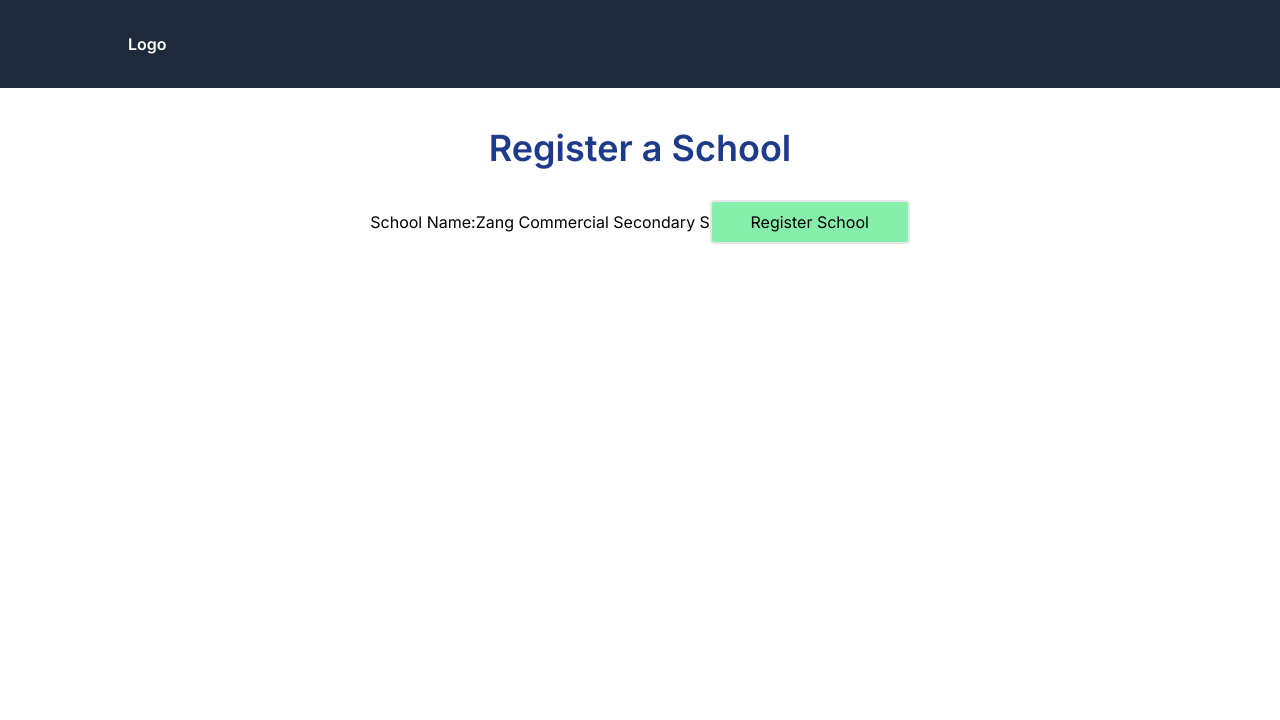
Repository: marcusdashe/fullstack-ts
Page: /school
The author's editor kept a copy of each file at every save. The page is drawn from the files as they stood at one save, then again after the next save.
The browser window is 1280 px wide. The pictures show the whole page.
The page's requests for data from a server got no answer. The project was rebuilt for these pictures with package versions that can differ from the ones it lists, and the page was loaded fresh each time. The framework's server and built-in components were replaced by stand-ins that run in the browser. No one was signed in, and anything a server would have sent is missing. Also part of the build but not shown: next.config.js.

Above is the page before, as saved 2023-07-28 12:55:17.

### app/layout.tsx
import "./globals.css";
import type { Metadata } from "next";
import { Inter } from "next/font/google";
import Navbar from "./components/NavBar";

const inter = Inter({
  weight: ["400", "600"],
  subsets: ["latin"],
});

export const metadata: Metadata = {
  title: "SMP",
  description: "School Management System for Secondary School",
  keywords: ["smp", "lms", "marcus"],
};

export default function RootLayout({
  children,
}: {
  children: React.ReactNode;
}) {
  return (
    <html lang="en">
      <body className={inter.className}>
        <Navbar />
        {children}
      </body>
    </html>
  );
}

### app/school/page.tsx
"use client";

import { useState } from "react";
import SchoolService, { School } from "../services/api/school.service";

const RegisterSchoolPage: React.FC = () => {
  const initialFormData: School = {
    schoolName: "Zang Commercial Secondary School",
    schoolAddress: "Bukuru Road Opposite Tetengi Estate",
    schoolPhoneNumber: "08034477604",
    schoolWebsite: "www.zangcommercial.com",
    schoolEmail: "contact@zangcommercial.com",
    schoolLogo: "",
  };

  const [formData, setFormData] = useState<School>(initialFormData);

  const handleChange = (e: React.ChangeEvent<HTMLInputElement>) => {
    const { name, value } = e.target;
    setFormData((prevFormData) => ({
      ...prevFormData,
      [name]: value,
    }));
  };

  const handleSubmit = async (e: React.FormEvent) => {
    e.preventDefault();
    try {
      await SchoolService.registerSchool(formData);

      console.log("School registered successfully");
      setFormData(initialFormData);
    } catch (error) {
      console.error("Error registering school:", error);
    }
  };

  return (
    <div className="container mx-auto py-10 px-4 flex flex-col items-center justify-center">
      <h1 className="text-4xl font-bold mb-8 px-0 text-blue-900">
        Register a School
      </h1>

      <form onSubmit={handleSubmit}>
        <label>
          School Name:
          <input
            type="text"
            name="school"
            value={formData.schoolName}
            onChange={handleChange}
          />
        </label>
        <button
          type="submit"
          className="border-2 bg-green-300 rounded p-2 w-[200px]  "
        >
          Register School
        </button>
      </form>
    </div>
  );
};

export default RegisterSchoolPage;

### app/components/NavBar.tsx
"use client";

import React, { useEffect } from "react";
import { useRouter, usePathname } from "next/navigation";
import Link from "next/link";
// import Logo from "./Logo";
// import { TwitterIcon, GithubIcon, LinkedInIcon } from "./Icons";
// import { motion } from "framer-motion";

type CustomLinkProps = {
  href: string;
  title: string;
  className: string | object;
};

const CustomLink = ({ href, title, className = "" }: CustomLinkProps) => {
  const router = useRouter();
  const pathname = usePathname();

  return (
    <Link href={href} className={`${className} relative group`}>
      {title}
      <span
        className={`h-[1px] inline-block bg-dark absolute left-0 -bottom-0.5 group-hover:w-full transition-[width] ease duration-300 ${
          pathname === href ? "w-full" : "w-0"
        }`}
      >
        &nbsp;
      </span>
    </Link>
  );
};

const Navbar: React.FC = () => {
  const pathname = usePathname();
  useEffect(() => {
    console.log(pathname);
  });
  return (
    <header
      className="w-full px-32 py-8 font-bold
            flex items-center justify-between sticky top-0 z-10 bg-slate-800 text-white"
    >
      <nav>
        <CustomLink href="/" title="Logo" className="mr-4" />
        {/* <CustomLink href="/about" title="About" className="mx-4" /> */}
      </nav>

      <nav className="flex items-center justify-center flex-wrap">
        {pathname === "/school" ? null : (
          <a
            href="/school"
            className={` w-max-content mx-3 text-orange-300 border border-white p-3 rounded-lg hover:border-none hover:text-white duration-500`}
          >
            Register School
          </a>
        )}

        <a
          href="https://www.linkedin.com/in/marcus-dashe-15a088202"
          target={"_blank"}
          className="w-6 mx-3"
        ></a>
        <a
          href="https://www.github.com/marcusdashe"
          target={"_blank"}
          className="w-6 ml-3"
        >
          {/* <GithubIcon /> */}
        </a>
      </nav>
      <div className="absolute left-[50%] top-2 translate-x-[-50]">
        {/* <Logo /> */}
      </div>
    </header>
  );
};

export default Navbar;

### app/services/api/school.service.ts
import axios, { AxiosResponse } from "axios";
import config from "../config";

export interface School {
  schoolName: string;
  schoolAddress: string;
  schoolPhoneNumber: string;
  schoolWebsite: string;
  schoolEmail: string;
  schoolLogo: string;
}

const API_URL: string = config.API_BASE_URL;

class SchoolService {
  static client = axios.create({
    baseURL: API_URL,
  });

  async registerSchool(school: School): Promise<AxiosResponse<School>> {
    const response = await SchoolService.client.post<School>(
      "/schools/create",
      school
    );
    return response;
  }

  async fetchAllSchools(): Promise<AxiosResponse<School[]>> {
    const response = await SchoolService.client.get<School[]>("/schools/all");
    return response;
  }

  async fetchSchoolById(id: number): Promise<AxiosResponse<School>> {
    const response = await SchoolService.client.get<School>(`/school/${id}`);
    return response;
  }

  async updateSchool6(
    school: School,
    id: number
  ): Promise<AxiosResponse<School>> {
    const response = await SchoolService.client.put<School>(
      `/schools/${id}`,
      school
    );
    return response;
  }

  async delSchoolById(id: number): Promise<AxiosResponse<void>> {
    const response = await SchoolService.client.delete<void>(`/schools/${id}`);
    return response;
  }

  async fetchSchoolByName(schoolName: string): Promise<AxiosResponse<School>> {
    const response = await SchoolService.client.get<School>(
      `/schools/byName/${schoolName}`
    );
    return response;
  }

  async fetchSchoolByPhoneNumber(
    phoneNumber: string
  ): Promise<AxiosResponse<School>> {
    const response = await SchoolService.client.get<School>(
      `/schools/byPhoneNumber/${phoneNumber}`
    );
    return response;
  }

  async fetchSchoolByWebsite(
    schoolWebsite: string
  ): Promise<AxiosResponse<School>> {
    const response = await SchoolService.client.get<School>(
      `/schools/byWebsite/${schoolWebsite}`
    );
    return response;
  }

  async fetchSchoolByEmail(email: string): Promise<AxiosResponse<School>> {
    const response = await SchoolService.client.get<School>(
      `/schools/byEmail/${email}`
    );
    return response;
  }
}

export default new SchoolService();

### app/services/config.ts
export default {
  API_BASE_URL:
    `${process.env.NEXT_PUBLIC_BACKEND_BASE_URL}/api-v1` ||
    "http://localhost:8000/api-v1",
};

Loaded but not shown: app/globals.css (common file); tailwind.config.js (common file)

After the next save:
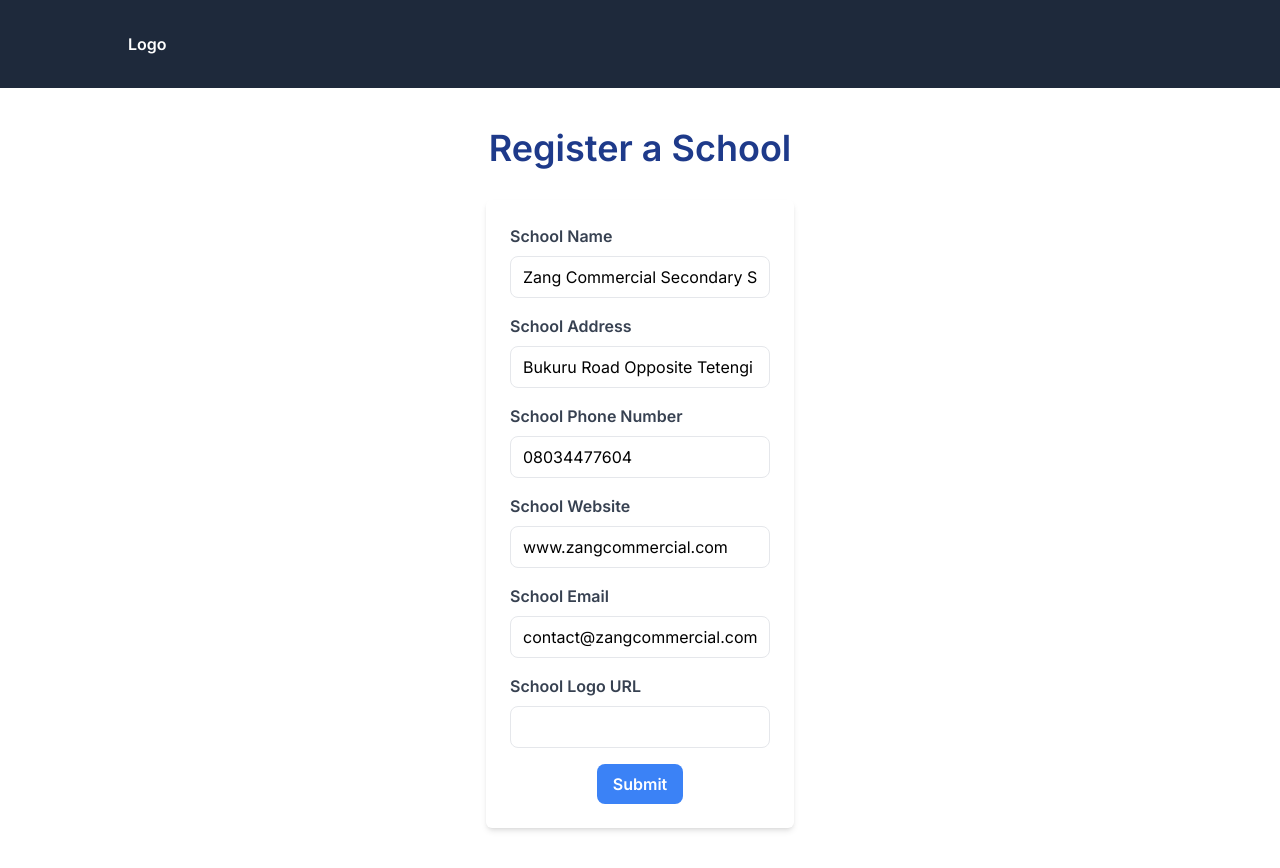
Saved 18 min 15 s later.
--- a/app/school/page.tsx
+++ b/app/school/page.tsx
@@ -41,7 +41,7 @@ const RegisterSchoolPage: React.FC = () => {
         Register a School
       </h1>
 
-      <form onSubmit={handleSubmit}>
+      {/* <form onSubmit={handleSubmit}>
         <label>
           School Name:
           <input
@@ -57,6 +57,122 @@ const RegisterSchoolPage: React.FC = () => {
         >
           Register School
         </button>
+      </form> */}
+
+      <form
+        className="max-w-lg mx-auto p-6 shadow-md rounded-md"
+        onSubmit={handleSubmit}
+      >
+        <div className="mb-4">
+          <label
+            className="block text-gray-700 font-bold mb-2"
+            htmlFor="schoolName"
+          >
+            School Name
+          </label>
+          <input
+            type="text"
+            id="schoolName"
+            name="schoolName"
+            value={formData.schoolName}
+            onChange={handleChange}
+            className="w-full px-3 py-2 border rounded-lg focus:outline-none focus:border-blue-500"
+          />
+        </div>
+
+        <div className="mb-4">
+          <label
+            className="block text-gray-700 font-bold mb-2"
+            htmlFor="schoolAddress"
+          >
+            School Address
+          </label>
+          <input
+            type="text"
+            id="schoolAddress"
+            name="schoolAddress"
+            value={formData.schoolAddress}
+            onChange={handleChange}
+            className="w-full px-3 py-2 border rounded-lg focus:outline-none focus:border-blue-500"
+          />
+        </div>
+
+        <div className="mb-4">
+          <label
+            className="block text-gray-700 font-bold mb-2"
+            htmlFor="schoolPhoneNumber"
+          >
+            School Phone Number
+          </label>
+          <input
+            type="text"
+            id="schoolPhoneNumber"
+            name="schoolPhoneNumber"
+            value={formData.schoolPhoneNumber}
+            onChange={handleChange}
+            className="w-full px-3 py-2 border rounded-lg focus:outline-none focus:border-blue-500"
+          />
+        </div>
+
+        <div className="mb-4">
+          <label
+            className="block text-gray-700 font-bold mb-2"
+            htmlFor="schoolWebsite"
+          >
+            School Website
+          </label>
+          <input
+            type="text"
+            id="schoolWebsite"
+            name="schoolWebsite"
+            value={formData.schoolWebsite}
+            onChange={handleChange}
+            className="w-full px-3 py-2 border rounded-lg focus:outline-none focus:border-blue-500"
+          />
+        </div>
+
+        <div className="mb-4">
+          <label
+            className="block text-gray-700 font-bold mb-2"
+            htmlFor="schoolEmail"
+          >
+            School Email
+          </label>
+          <input
+            type="email"
+            id="schoolEmail"
+            name="schoolEmail"
+            value={formData.schoolEmail}
+            onChange={handleChange}
+            className="w-full px-3 py-2 border rounded-lg focus:outline-none focus:border-blue-500"
+          />
+        </div>
+
+        <div className="mb-4">
+          <label
+            className="block text-gray-700 font-bold mb-2"
+            htmlFor="schoolLogo"
+          >
+            School Logo URL
+          </label>
+          <input
+            type="text"
+            id="schoolLogo"
+            name="schoolLogo"
+            value={formData.schoolLogo}
+            onChange={handleChange}
+            className="w-full px-3 py-2 border rounded-lg focus:outline-none focus:border-blue-500"
+          />
+        </div>
+
+        <div className="text-center">
+          <button
+            type="submit"
+            className="px-4 py-2 bg-blue-500 text-white font-semibold rounded-lg hover:bg-blue-600 focus:outline-none"
+          >
+            Submit
+          </button>
+        </div>
       </form>
     </div>
   );
